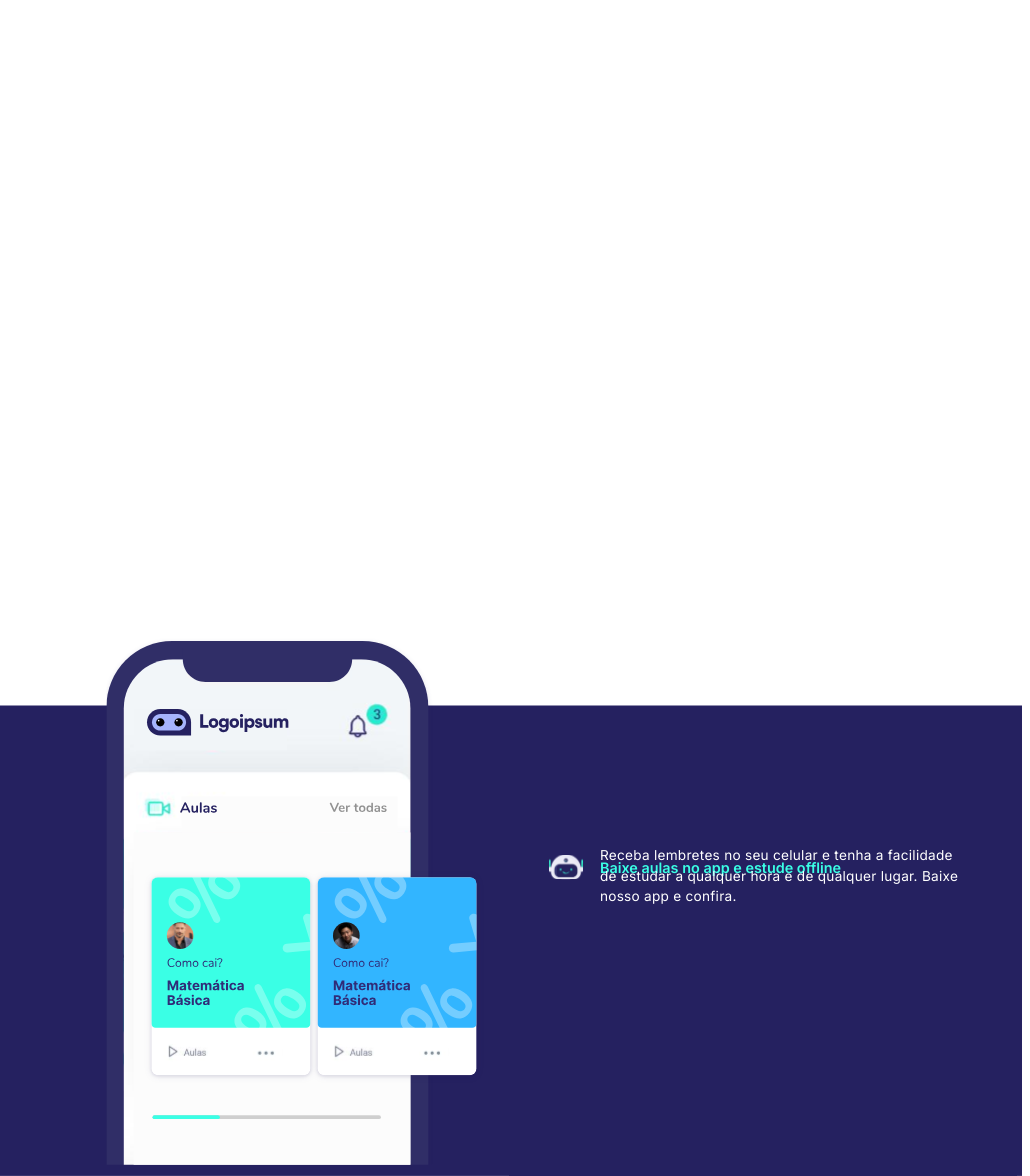
Repository: Williamlmachado/Desafio-Landing-page
Page: index.html
These files come from the project's save history. The page is drawn as it stood at one moment and after a run of saves; the edit follows.
The browser window is 1280 px wide. The page is 1472 px wide, so the pictures cover 1472 px, including what lies to the right of the window. The pictures show the part of the page from y = 3527 to 5207 px (the page is 5207 px tall), at 70% of full size.
Some icons come from a web library that is not loaded, so they are not drawn.

Above is the page before, as saved 2021-11-10 16:51:21.

After the next 2 saves:
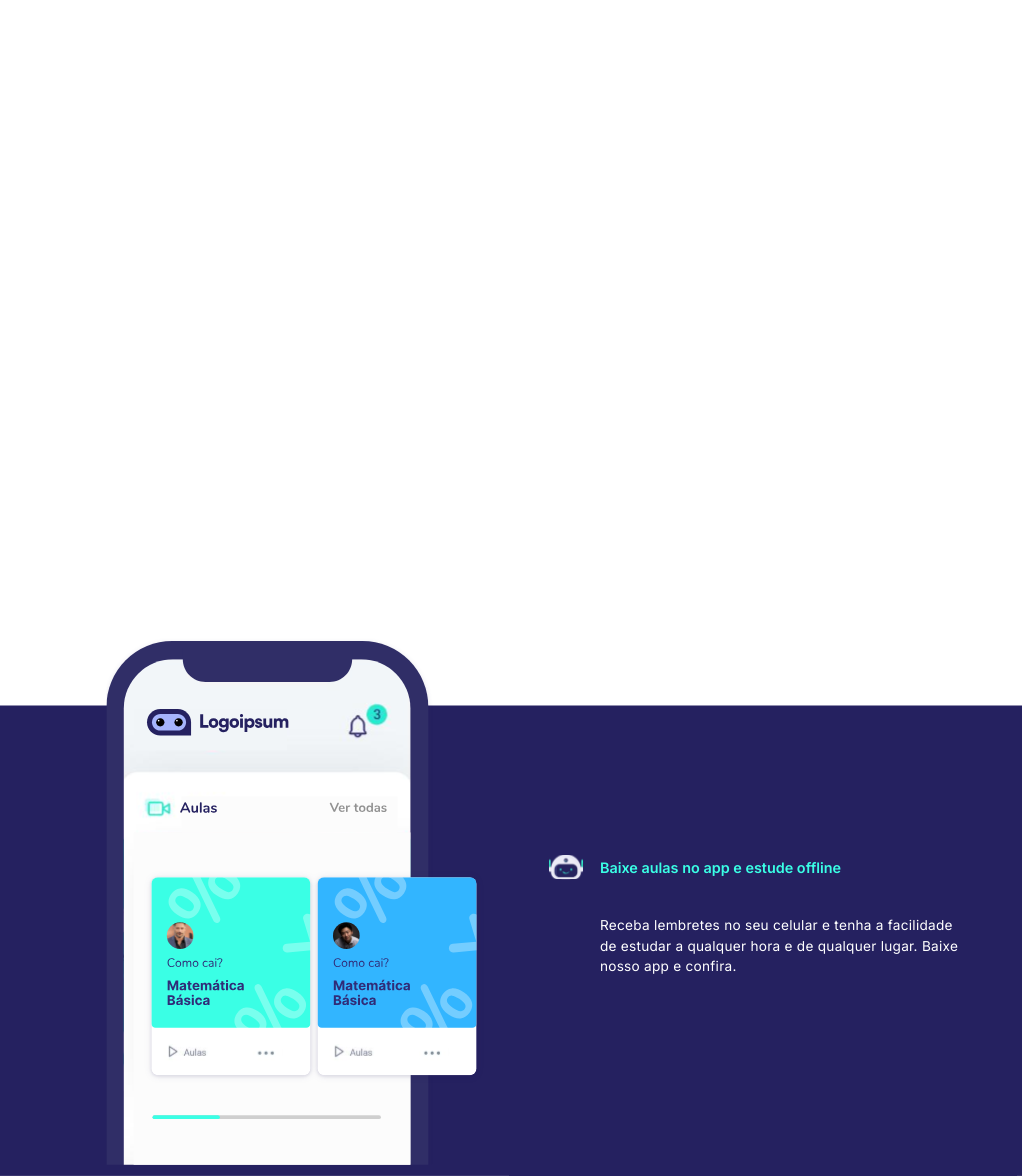
The 2 saves are shown as one change because they came seconds apart.
The last was saved 7 s later.
--- a/style.css
+++ b/style.css
@@ -497,7 +497,7 @@
     width: 523px;
     height: 87px;
     left: 857.02px;
-    top: 200px;
+    top: 300px;
 
     font-family: Inter;
     font-style: normal;
